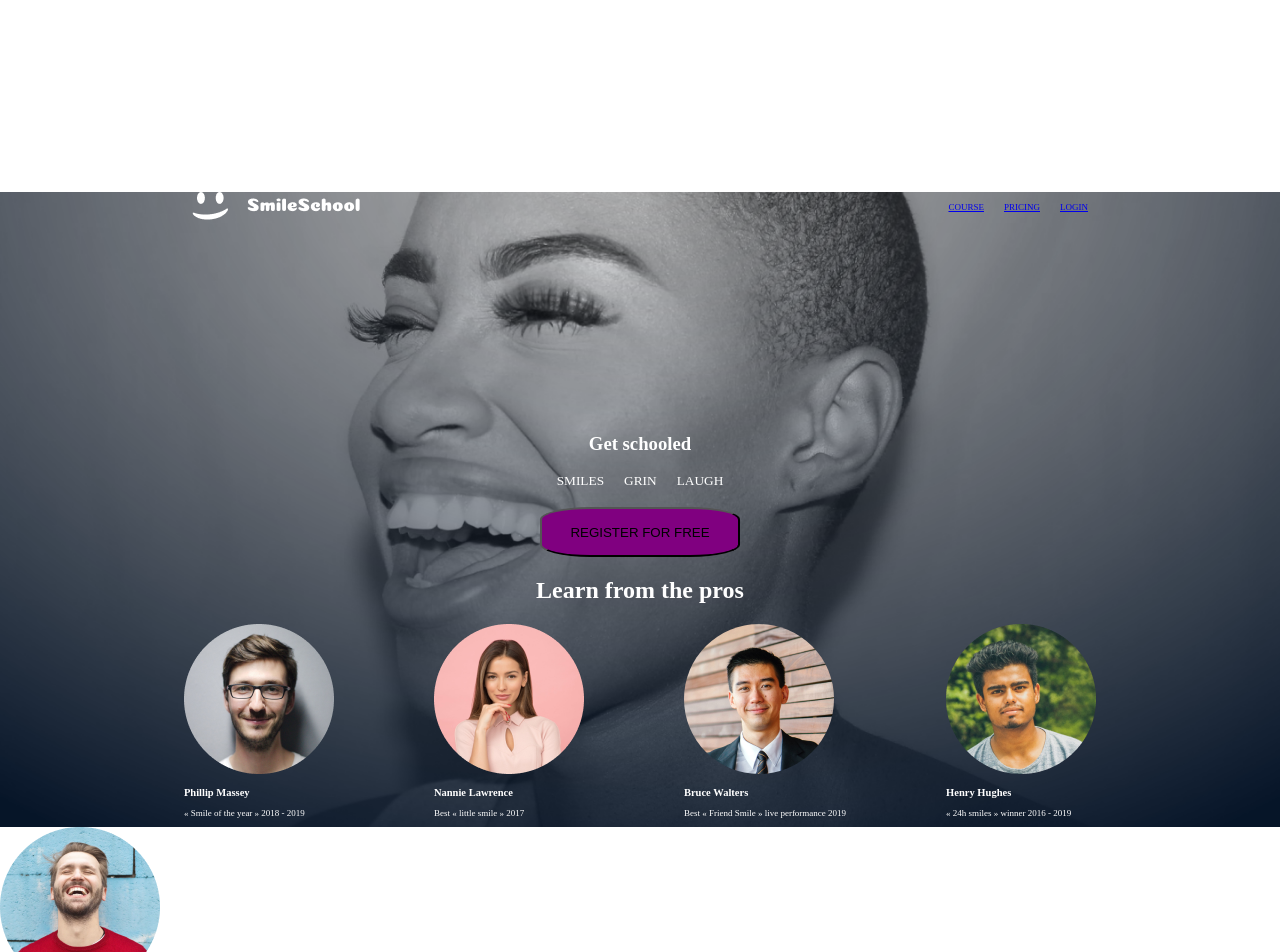
Repository: mwihakiann/alx_html_css
Page: css_advanced/index.html
These files come from the project's save history. The page is drawn as it stood at one moment and after a run of saves; the edit follows.
The browser window is 1280 px wide. The pictures show the part of the page from y = 0 to 952 px (the page is 3677 px tall).
A picture or video elsewhere on the page could not be fetched, so the positions and the page height are approximate. Some web libraries are served in a nearby version.

Above is the page before, as saved 2025-09-28 18:30:31.

After the next 3 saves:
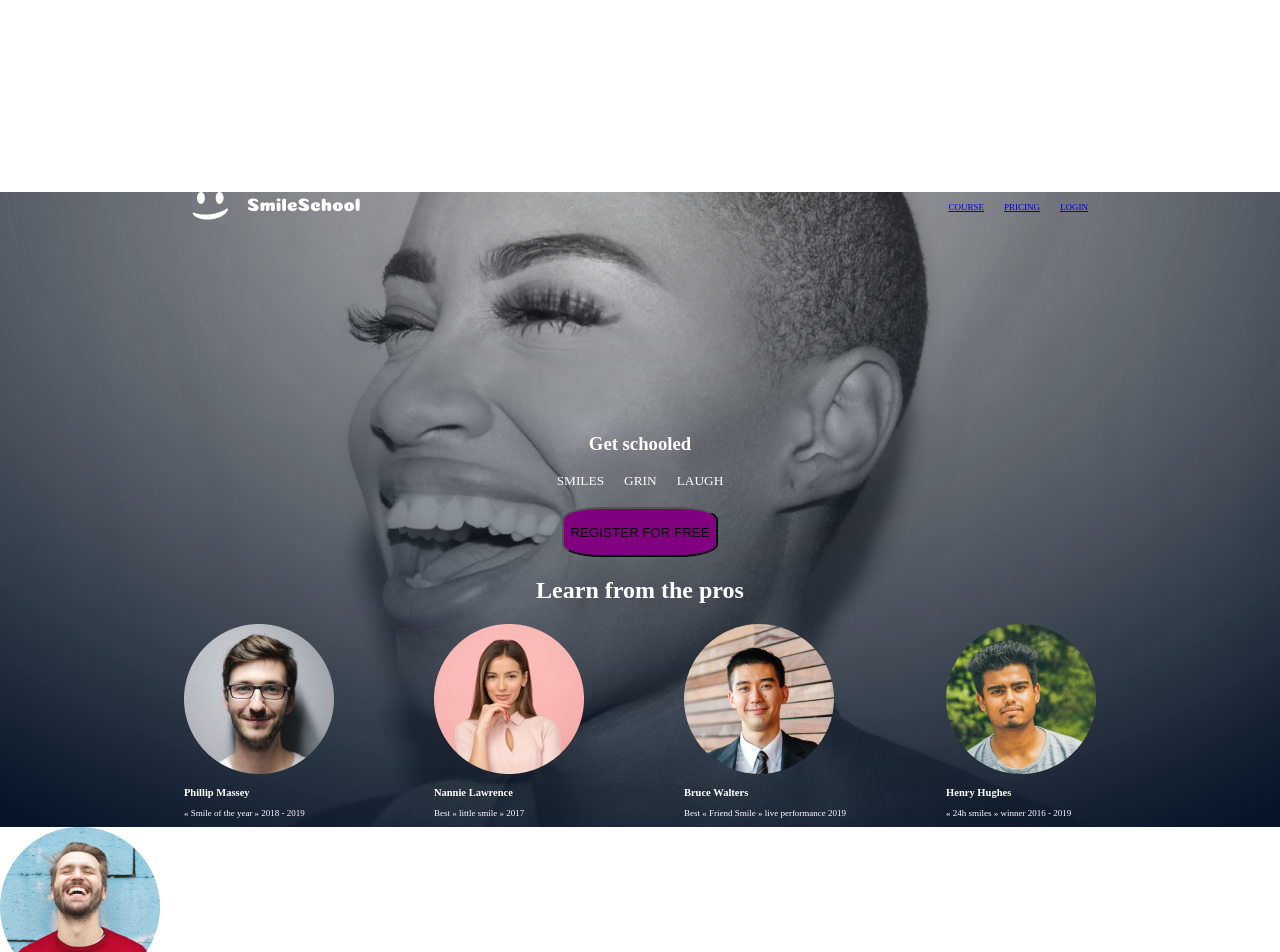
The 3 saves are shown as one change because they came seconds apart.
The last was saved 2 min 23 s later.
--- a/css_advanced/styles.css
+++ b/css_advanced/styles.css
@@ -34,6 +34,7 @@ h1{
 }
 .register{
     background-color: purple;
+    color: w
     width: 200px;
     height:50px;
     border-bottom-left-radius: 25%;
